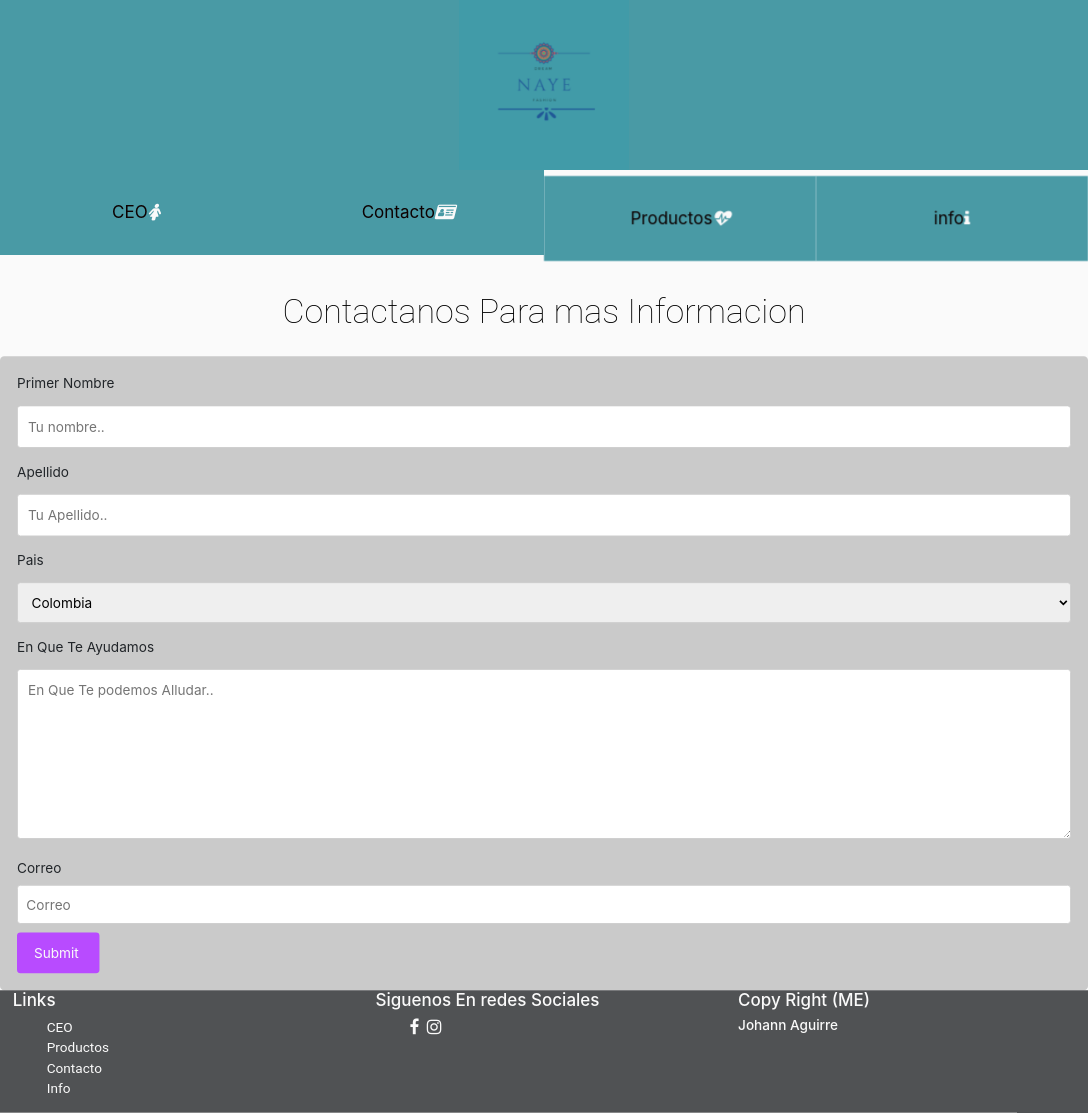
Repository: cachimiro/1-mile-stone-project
Page: contactos.html
The author's editor kept a record of every edit. The page is drawn from the files as they stood at one moment, then again after the next edit.
The browser window is 1280 px wide. The pictures show the whole page, at 85% of full size.
Some web libraries are served in a nearby version.

Above is the page before.

After the next edit:
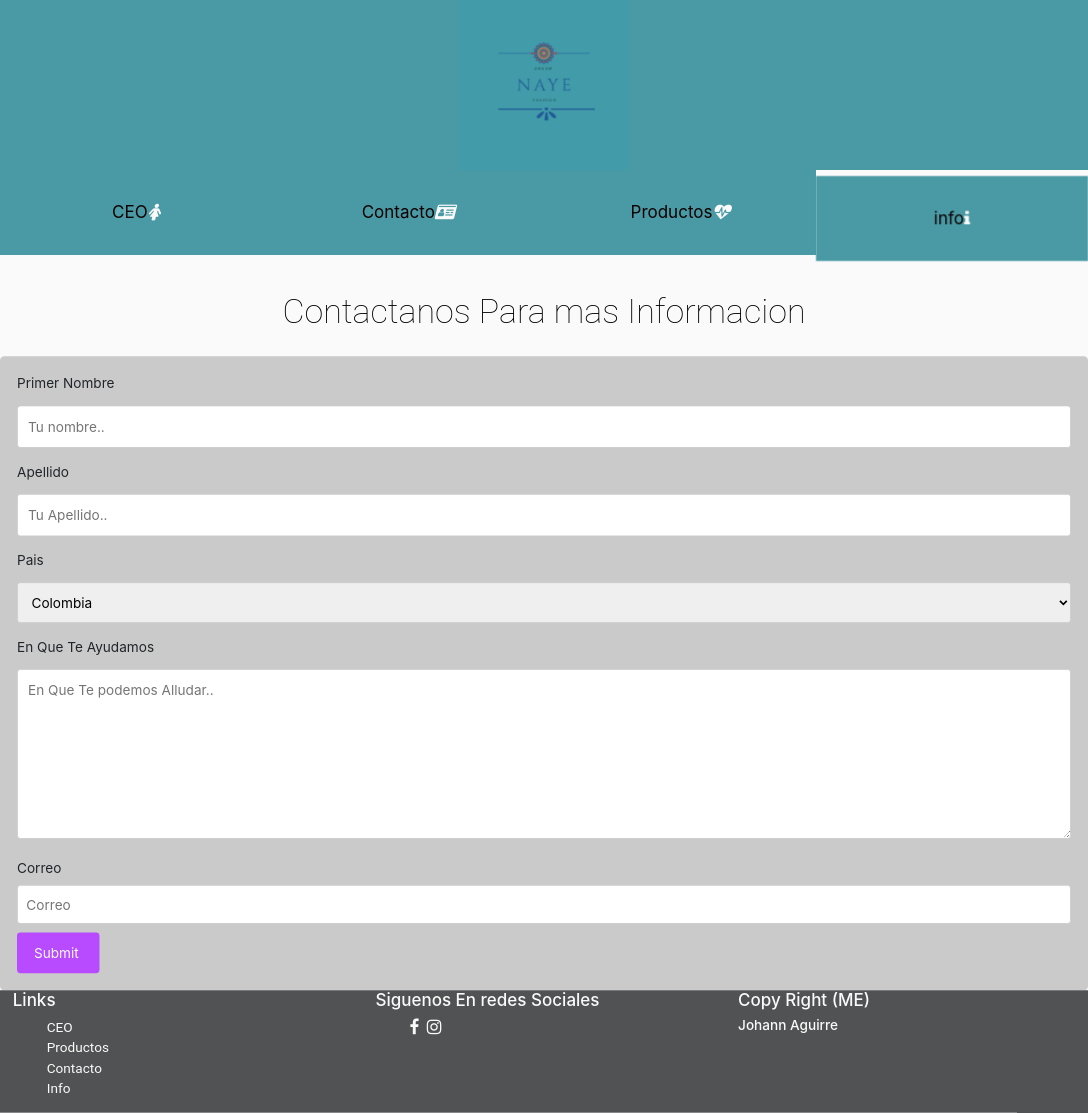
The edit:
--- a/contactos.html
+++ b/contactos.html
@@ -38,7 +38,7 @@
                         <li class="col-6 col-sm-3 ui-menu-color-contacto list-inline-item menuitem-1 ">
                             <a href="contactos.html">Contacto<i class="fa fa-contact hvr-icon" aria-hidden="true"> <span><i class="far fa-id-card"></i></span></i>  </a>
                         </li>
-                        <li class="col-6 col-sm-3 ui-menu-color-productos list-inline-item menuitem-1 hvr-bounce-to-bottom">
+                        <li class="col-6 col-sm-3 ui-menu-color-productos list-inline-item menuitem-1 ">
                             <a href="productos.html"> Productos<i class="fa fa-crown hvr-icon" aria-hidden="true"> <span><i class="fas fa-heartbeat"></i></span></i>  </a>
                         </li>
                         <li class="col-6 col-sm-3 ui-menu-color-info list-inline-item menuitem-1 hvr-bounce-to-bottom">
